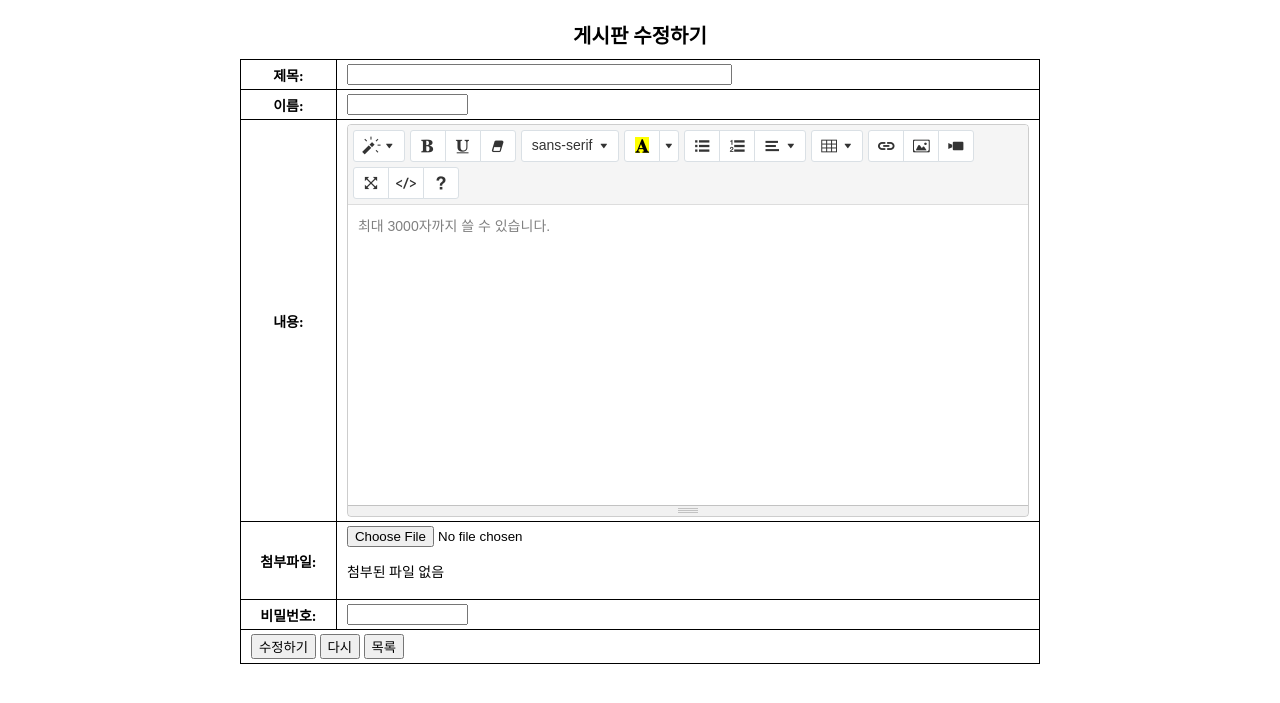
Repository: Koran1/springmvcstudy
Page: http://localhost/spring_mvc02/WEB-INF/views/bbs/update.jsp
These files come from the project's save history. The page is drawn as it stood at one moment and after the next save; the edit follows.
The browser window is 1280 px wide. The pictures show the whole page.
Some web fonts or font styles are not loaded; a fallback is used. The page is served by Tomcat 9. Nobody is signed in. Other server files are loaded and not shown. The template is opened directly, without the code that normally fills it, so the values that code supplies are empty.

Above is the page before, as saved 2024-10-28 03:14:51.

### spring_mvc02/src/main/webapp/WEB-INF/views/bbs/update.jsp
<%@ page language="java" contentType="text/html; charset=UTF-8"
    pageEncoding="UTF-8"%>
<%@ taglib prefix="c" uri="http://java.sun.com/jsp/jstl/core" %>
<!DOCTYPE html>
<html>
<head>
<meta charset="UTF-8">
<title>BBS - write</title>
<link rel="stylesheet" href="resources/css/summernote-lite.css">
<style type="text/css">
	#bbs table {
	    width:800px;
	    margin:0 auto;
	    margin-top:20px;
	    border:1px solid black;
	    border-collapse:collapse;
	    font-size:14px;

	}

	#bbs table caption {
	    font-size:20px;
	    font-weight:bold;
	    margin-bottom:10px;
	}

	#bbs table th {
		width: 12%;
	    text-align:center;
	    border:1px solid black;
	    padding:4px 10px;
	}

	#bbs table td {
	    text-align:left;
	    border:1px solid black;
	    padding:4px 10px;
	}

	.note-btn-group{width: auto;}
	.note-toolbar{width: auto;}
</style>

</head>
<body>
	<div id="bbs">
	<form method="post" encType="multipart/form-data">
		<table summary="게시판 수정하기">
			<caption>게시판 수정하기</caption>
			<tbody>
				<tr>
					<th>제목:</th>
					<td><input type="text" name="subject" value="${bvo.subject}" size="45" required></td>
				</tr>
				<tr>
					<th>이름:</th>
					<td><input type="text" name="writer" value="${bvo.writer}" size="12" required></td>
				</tr>
				<tr>
					<th>내용:</th>
					<td><textarea name="content" cols="50" rows="8" id="content">${bvo.content}</textarea></td>
				</tr>
				<tr>
					<th>첨부파일:</th>
					<td><input type="file" name="file_name">
						<c:choose>
							<c:when test="${empty bvo.f_name}">
								<p>첨부된 파일 없음</p>
								<input type="hidden" name="old_f_name" value="">
							</c:when>
							<c:otherwise>
								<p>${bvo.f_name}</p>
								<input type="hidden" name="old_f_name" value="${bvo.f_name}">
							</c:otherwise>
						</c:choose>
					</td>
				</tr>
				<tr>
					<th>비밀번호:</th>
					<td><input type="password" name="pwd" size="12" required></td>
				</tr>
				<tr>
					<td colspan="2">
						<input type="button" value="수정하기" onclick="bbs_update_ok(this.form)">
						<input type="reset" value="다시">
						<input type="button" value="목록" onclick="bbs_list()">
					</td>
				</tr>
			</tbody>
		</table>
	</form>
	</div>

	<script type="text/javascript">
		function bbs_write_ok(f){
			f.action = "/bbs_update_ok";
			f.submit();
		}
		function bbs_list(){
			location.href="/bbs";
		}
	</script>

	<script src="https://ajax.googleapis.com/ajax/libs/jquery/3.7.1/jquery.min.js"></script>
	<script src="resources/js/summernote-lite.js" ></script>
	<script src="resources/js/lang/summernote-ko-KR.js" ></script>
	<script type="text/javascript">
		$(function() {
			$("#content").summernote({
				lang : 'ko-KR',
				height : 300,
				focus : true,
				placeholder : "최대 3000자까지 쓸 수 있습니다.",
				callbacks : {
					onImageUpload : function(files, editor) {
						for (let i = 0; i < files.length; i++) {
							sendImage(files[i], editor);
						}
					}
				}
			});
		});

		function sendImage(file, editor) {
			// FormData 객체를 전송할 때 , jQuery가 설정
		  	let frm = new FormData();
		  	frm.append("s_file", file);
		  	$.ajax({
			 url : "/saveImg",
			 data : frm,
			 method : "post",
			 contentType : false,
			 processData : false,
			 cache : false,
			 dataType : "json",
			 success : function(data) {
				 const path = data.path;
				 const fname = data.fname ;
				 console.log(path, fname);
				 $("#content").summernote("editor.insertImage", path+"/"+fname);
			 },
			 error : function() {
				alert("읽기실패");
			 }
		  });
		}
	</script>
</body>
</html>

Loaded but not shown: spring_mvc02/src/main/webapp/resources/js/summernote-lite.js (library); spring_mvc02/src/main/webapp/resources/js/lang/summernote-ko-KR.js (185 lines, source omitted); spring_mvc02/src/main/webapp/resources/css/summernote-lite.css (1505 lines, source omitted)

After the next save:
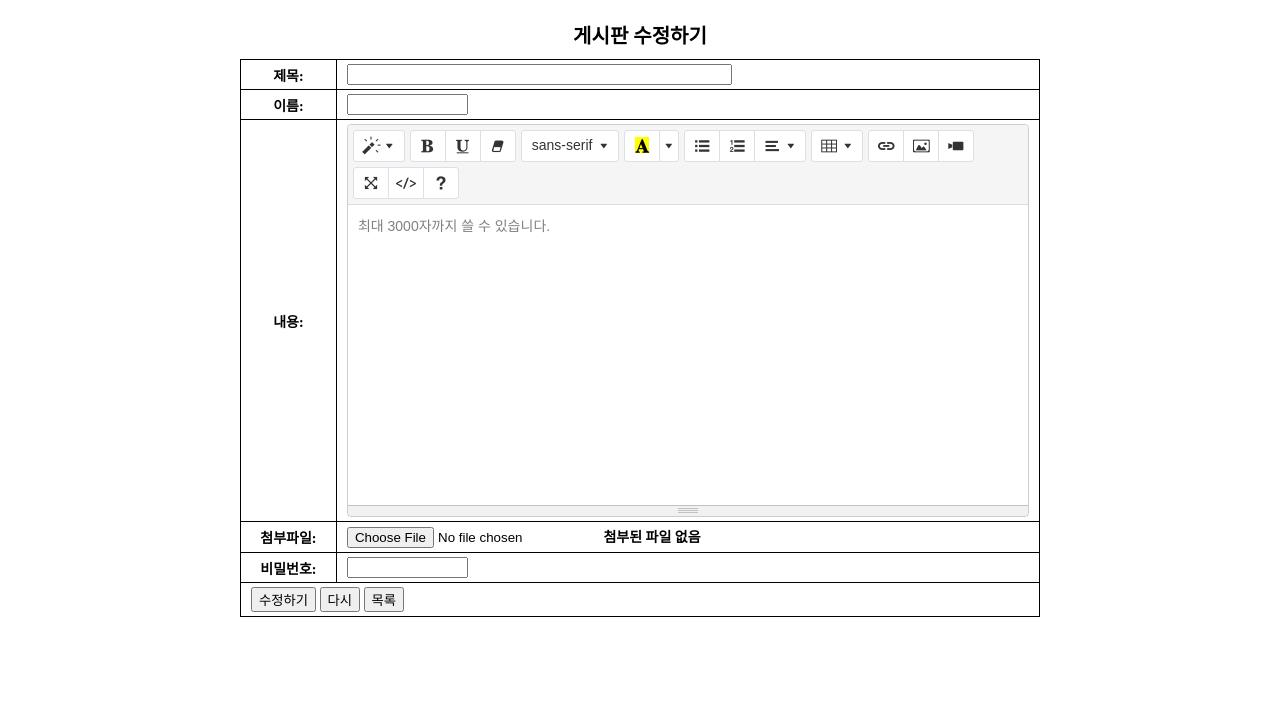
Saved 4 min 53 s later.
--- a/spring_mvc02/src/main/webapp/WEB-INF/views/bbs/update.jsp
+++ b/spring_mvc02/src/main/webapp/WEB-INF/views/bbs/update.jsp
@@ -65,7 +65,7 @@
 					<td><input type="file" name="file_name">
 						<c:choose>
 							<c:when test="${empty bvo.f_name}">
-								<p>첨부된 파일 없음</p>
+								<b>첨부된 파일 없음</b>
 								<input type="hidden" name="old_f_name" value="">
 							</c:when>
 							<c:otherwise>
